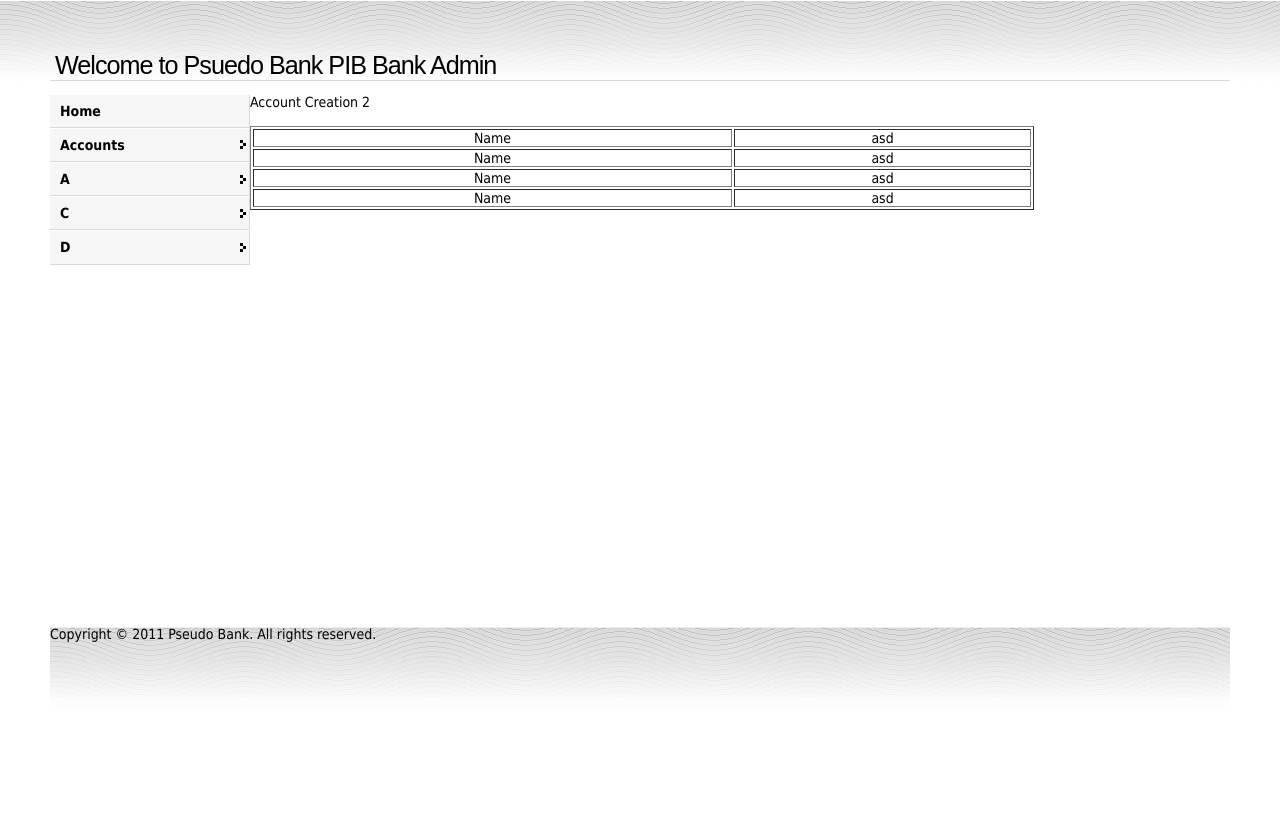
Repository: hareth12/Final-Year-Project
Page: http://localhost/bankAdmin/Account/accountCreation2.jsp
An editor plug-in stored every save of this project. The page is shown before and after the next save, followed by the edit.
The browser window is 1280 px wide. The pictures show the whole page.
The page is served by Tomcat 9. Other server files are loaded and not shown.

Above is the page before, as saved 2011-09-30 04:27:23.

### bankAdmin/WebContent/Account/accountCreation2.jsp
<!DOCTYPE html PUBLIC "-//W3C//DTD XHTML 1.0 Transitional//EN" "http://www.w3.org/TR/xhtml1/DTD/xhtml1-transitional.dtd">
<html xmlns="http://www.w3.org/1999/xhtml" xml:lang="en" lang="en">
<head>
<title>Psuedo Bank PIB Bank Admin</title>
<meta http-equiv="Content-Type" content="text/html; charset=utf-8" />
<meta name="author" content="Tom@Lwis (http://www.lwis.net/free-css-drop-down-menu/)" />
<meta name="keywords" content="css, dropdowns, dropdown menu, drop-down, menu, navigation, nav, horizontal, vertical left-to-right, vertical right-to-left, horizontal linear, horizontal upwards, cross browser, internet explorer, ie, firefox, safari, opera, browser, lwis" />
<meta name="description" content="Simple vertical left-to-right direction css drop-down menu demo using clean, standards-friendly, free, easy, cross browser framework for css drop-down menus" />
<link href="/bankAdmin/asset/secured/helper.css" media="screen" rel="stylesheet" type="text/css" />

<style type="text/css">

/* Layout */
@import "/bankAdmin/asset/secured/dropdown.css";
@import "/bankAdmin/asset/secured/dropdown.vertical.css";

/* Theme */
@import "/bankAdmin/asset/secured/default.css";

</style>


</head>
<body>
<div id="wrap">  <!-- This wrap div needs to encompass everything except the footer div at bottom -->
<h1>Welcome to Psuedo Bank PIB Bank Admin</h1>

<ul id="nav" class="dropdown dropdown-vertical">
    <li><a href="#">Home</a></li>
    <li class="dir">Accounts
        <ul>
            <li><a href="/bankAdmin/AccountCreation">Accounts Creation</a></li>
            <li><a href="#">Accounts Enquiry</a></li>
                <ul>
                    <li><a href="./">1</a></li>
                    <li><a href="./">2</a></li>
                    <li><a href="./">3</a></li>
                    <li><a href="./">4</a></li>
                    <li><a href="./">5</a></li>
                </ul>
            </li>
        </ul>
    </li>
    <li class="dir">A
        <ul>
            <li><a href="#">1</a></li>
            <li><a href="#">2</a></li>
            <li><a href="#">3</a></li>
        </ul>
    </li>
    <li class="dir">C
        <ul>
            <li><a href="./">1</a></li>
            <li><a href="./">2</a></li>
            <li><a href="./">3</a></li>
        </ul>
    </li>
    <li class="dir">D</a>
        <ul>
            <li><a href="./">1</a></li>
        </ul>
    </li>
</ul>
	<div id="main">
	Account Creation 2
	<br></br>
		<table style="text-align: center; width: 80%;" border="1" cellpadding="2" cellspacing="2">
		<tbody>
			<tr>
			<td>Name </td><td> asd   </td>
			</tr>
			<tr>
			<td>Name </td><td> asd   </td>
			</tr>
			<tr>
			<td>Name </td><td> asd   </td>
			</tr>
			<tr>
			<td>Name </td><td> asd   </td>
			</tr>



		</tbody>
		</table>

	</div>

</div>

<div class="footer">
	<div id="foot"> <!-- this extra div is just centering the fixed width area of the footer content -->

    <p>Copyright &copy; 2011 Pseudo Bank. All rights reserved.</p>
    </div>
</div>

</body>


</html>

### bankAdmin/WebContent/asset/secured/helper.css

* {
 margin: 0;
 padding: 0;
}

body {
 padding: 50px;
 border-top: solid 1px #fff;
 background: #fff url(images/pattern1.png) 0 0 repeat-x;
 font: 14px/normal Tahoma, Arial, Helvetica, sans-serif;
}

html, body{height: 100%;}

#wrap {min-height: 80%;}

#main {overflow:auto;
    padding-bottom: 20%;}  /* must be same height as the footer */

footer {

 position: relative;
 margin-top: -20%;
 height: 20%;
 clear:both;
 text-align: center;
 width:100%;
}

/* Footer */
#footer {background: #444444 url('images/footer.gif') repeat-x;color:#ffffff;font-size:11px;font-family:Verdana, Arial, sans-serif}
#footer2 {background-color: #444444;color:#ffffff;font-size:11px;font-family:Verdana, Arial, sans-serif;height:140px}
#footer a, #footer2 a {color:#ffffff;text-decoration:underline}
#footer a:hover, #footer2 a:hover {color:#804249;text-decoration:underline}
#footer a:visited, #footer2 a:visited  {color:#ffffff;text-decoration:underline}
#footer p, #footer2 p {margin:0 0 15px 0}
#footer p.axe img, #footer2 p.axe img {margin-bottom:-7px}
#foot {width:100%;margin:0 auto;background: url('images/pattern1.png') repeat-x;height:140px;line-height:1.1em;padding: 0;}
#foot2 {width:800px;margin:0 auto;height:140px;line-height:1.1em;padding:0 10px 0 10px}
#foot #left {width:400px;float:left;padding-top:72px}
#foot #right {width:250px;float:right;text-align:right;padding-top:72px}
#foot2 #left {width:450px;float:left;padding-top:45px}
#foot2 #right {width:250px;float:right;text-align:right;padding-top:45px}

.clearfix:after {content: ".";display: block;height: 0;clear: both;visibility: hidden}
.clearfix {display: inline-block}
* html .clearfix {height: 1%}
.clearfix {display: block}


p { margin-bottom: 1em; }

ul.classic {
 list-style: disc;
 margin-bottom: 1em;
 padding-left: 2em;
}

h1,h2,h3 {
 margin-bottom: .5em;
 font-family: Arial, Helvetica, sans-serif;
 line-height: normal;
}

h1 {
 border-bottom: solid 1px #d9d9d9;
 font-weight: normal;
 font-size: 180%;
 text-indent: 5px;
 letter-spacing: -1px;
}

.dropdown-upward {
 margin-top: 400px !important;
}

### bankAdmin/WebContent/asset/secured/dropdown.css
@charset "UTF-8";

/**
 * Horizontal CSS Drop-Down Menu Module
 *
 * @file        dropdown.css
 * @package     Dropdown
 * @version     0.7.1
 * @type        Transitional
 * @stacks      597-599
 * @browsers    Windows: IE6+, Opera7+, Firefox1+
 *              Mac OS: Safari2+, Firefox2+
 *
 * @link        http://www.lwis.net/
 * @copyright   2006-2008 Live Web Institute. All Rights Reserved.
 *
 */

ul.dropdown,
ul.dropdown li,
ul.dropdown ul {
 list-style: none;
 margin: 0;
 padding: 0;
}

ul.dropdown {
 position: relative;
 z-index: 597;
 float: left;
}

ul.dropdown li {
 float: left;
 line-height: 1.3em;
 vertical-align: middle;
 zoom: 1;
}

ul.dropdown li.hover,
ul.dropdown li:hover {
 position: relative;
 z-index: 599;
 cursor: default;
}

ul.dropdown ul {
 visibility: hidden;
 position: absolute;
 top: 100%;
 left: 0;
 z-index: 598;
 width: 100%;
}

ul.dropdown ul li {
 float: none;
}

ul.dropdown ul ul {
 top: 1px;
 left: 99%;
}

ul.dropdown li:hover > ul {
 visibility: visible;
}

### bankAdmin/WebContent/asset/secured/dropdown.vertical.css
@charset "UTF-8";

/**
 * Vertical Left-to-Right Direction CSS Drop-Down Menu Component
 *
 * @file		dropdown.vertical.css
 * @package		Dropdown
 * @version		0.3
 * @type		Transitional
 * @requires	dropdown.css
 * @browsers	Windows: IE5+, Opera7+, Firefox1+
 *				Mac OS: Safari2+, Firefox2+
 *
 * @link		http://www.lwis.net/
 * @copyright	2006-2008 Live Web Institute. All Rights Reserved.
 *
 */

@import "dropdown.css";

ul.dropdown-vertical {
 width: 200px;
}

ul.dropdown-vertical ul {
 top: 1px;
 left: 99%;
}

ul.dropdown-vertical li {
 float: none;
}

### bankAdmin/WebContent/asset/secured/default.css
@charset "UTF-8";

/**
 * Default CSS Drop-Down Menu Theme
 *
 * @file		default.css
 * @name		Default
 * @version		0.1.1
 * @type		transitional
 * @browsers	Windows: IE5+, Opera7+, Firefox1+
 *				Mac OS: Safari2+, Firefox2+
 *
 * @link		http://www.lwis.net/
 * @copyright	2008 Live Web Institute. All Rights Reserved.
 *
 * Module Classes: *.dir {} *.on {} *.open {} li.hover {} li.first {} li.last {}
 * Expected directory tag - li
 *
 */


/*-------------------------------------------------/
 * @section		Base Drop-Down Styling
 * @structure	ul (unordered list)
 *				ul li (list item)
 *				ul li a (links)
 *				/*\.class|(li|a):hover/
 * @level sep	ul
 */


ul.dropdown {
 font-weight: bold;
}

	ul.dropdown li {
	 padding: 7px 10px;
	 border-style: solid;
	 border-width: 1px 1px 1px 0;
	 border-color: #fff #d9d9d9 #d9d9d9;
	 background-color: #f6f6f6;
	 color: #000;
	}

	ul.dropdown li.hover,
	ul.dropdown li:hover {
	 background-color: #eee;
	 color: #000;
	}

	ul.dropdown a:link,
	ul.dropdown a:visited	{ color: #000; text-decoration: none; }
	ul.dropdown a:hover		{ color: #000; }
	ul.dropdown a:active	{ color: #ffa500; }


	/* -- level mark -- */

	ul.dropdown ul {
	 width: 150px;
	 margin-top: 1px;
	}

		ul.dropdown ul li {
		 font-weight: normal;
		}



/*-------------------------------------------------/
 * @section		Support Class `dir`
 * @level sep	ul, .class
 */


ul.dropdown *.dir {
 padding-right: 20px;
 background-image: url(../secured/images/nav-arrow-down.png);
 background-position: 100% 50%;
 background-repeat: no-repeat;
}


/* -- Components override -- */

ul.dropdown-horizontal ul *.dir {
 padding-right: 15px;
 background-image: url(../secured/images/nav-arrow-right.png);
 background-position: 100% 50%;
 background-repeat: no-repeat;
}

ul.dropdown-upward *.dir {
 background-image: url(../secured/images/nav-arrow-top.png);
}

ul.dropdown-vertical *.dir,
ul.dropdown-upward ul *.dir {
 background-image: url(../secured/images/nav-arrow-right.png);
}

ul.dropdown-vertical-rtl *.dir {
 padding-right: 10px;
 padding-left: 15px;
 background-image: url(../secured/images/nav-arrow-left.png);
 background-position: 0 50%;
}

After the next save:
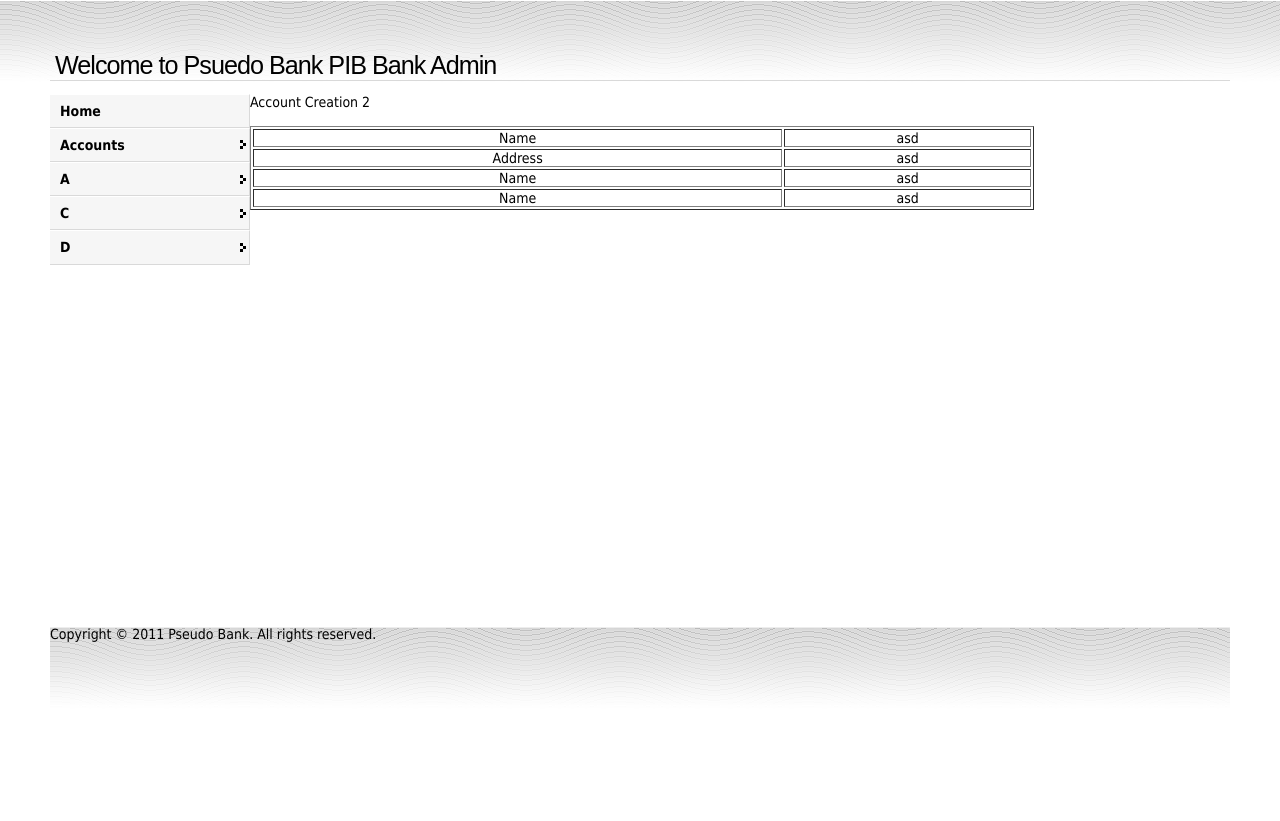
Saved 6 s later.
--- a/bankAdmin/WebContent/Account/accountCreation2.jsp
+++ b/bankAdmin/WebContent/Account/accountCreation2.jsp
@@ -70,7 +70,7 @@
 			<td>Name </td><td> asd   </td>
 			</tr>
 			<tr>
-			<td>Name </td><td> asd   </td>
+			<td>Address </td><td> asd   </td>
 			</tr>
 			<tr>
 			<td>Name </td><td> asd   </td>
